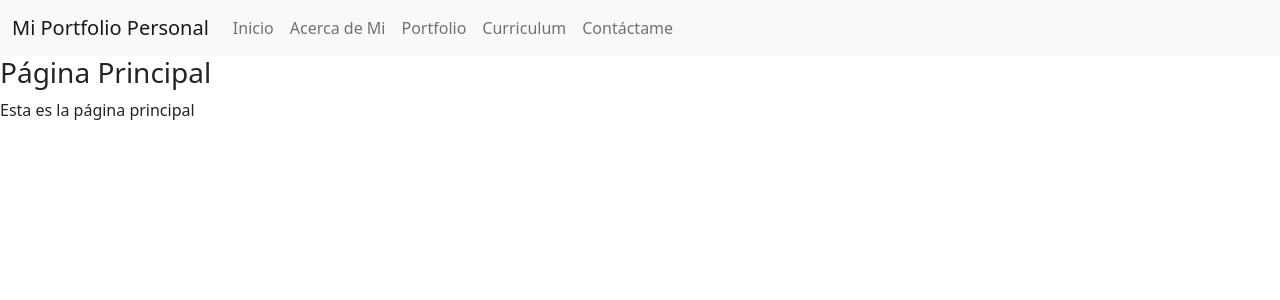
Repository: AlejandroJesusSerrano/portfolio
Page: http://localhost/
An editor plug-in stored every save of this project. The page is shown before and after the next save, followed by the edit.
The browser window is 1280 px wide. The pictures show the whole page.
Some web fonts or font styles are not loaded; a fallback is used. The page is served by the project's application, run on Django 4.2 (manage.py). Other server files are loaded and not shown.

Above is the page before, as saved 2023-09-05 15:04:36.

### portfolio/core/templates/core/home.html
{% extends 'core/base.html' %}

{% block title %} Inicio {% endblock title %}

{% block content %}
<h3>Página Principal</h3>

<p>Esta es la página principal</p>
{% endblock content %}

### portfolio/core/templates/core/base.html
{% load static %}

<!DOCTYPE html>
<html lang="en">

<head>
  <meta charset="UTF-8">
  <meta name="viewport" content="width=device-width, initial-scale=1.0">
  <link rel="stylesheet" href={% static 'lib/bootstrap-5.2/css/bootstrap.min.css' %}>
  <link rel="stylesheet" href={% static 'css/styles.css' %}>
  <title>Portafolio Personal - {% block title %} {% endblock title %}</title>
</head>

<body>
  <!-- HEADER -->
  <nav class="navbar navbar-expand-lg bg-light">
    <div class="container-fluid">
      <a class="navbar-brand" href="#">Mi Portfolio Personal</a>
      <button class="navbar-toggler" type="button" data-bs-toggle="collapse" data-bs-target="#navbarNav"
        aria-controls="navbarNav" aria-expanded="false" aria-label="Toggle navigation">
        <span class="navbar-toggler-icon"></span>
      </button>
      <div class="collapse navbar-collapse" id="navbarNav">
        <ul class="navbar-nav">
          <li class="nav-item">
            <a class="nav-link" aria-current="page" href={% url 'home' %}>Inicio</a>
          </li>
          <li class="nav-item">
            <a class="nav-link" href={% url 'about' %}>Acerca de Mi</a>
          </li>
          <li class="nav-item">
            <a class="nav-link" href={% url 'portfolio' %}>Portfolio</a>
          </li>
          <li class="nav-item">
            <a class="nav-link" href={% url 'curriculum' %}>Curriculum</a>
          </li>
          <li class="nav-item">
            <a class="nav-link" href={% url 'contact' %}>Contáctame</a>
          </li>
        </ul>
      </div>
    </div>
  </nav>

  <!-- CONTENT - Template Tags -->

  {% block content %} {%endblock content%}

  <script src={% static 'lib/bootstrap-5.2/js/bootstrap.min.js' %}></script>
</body>

</html>

### portfolio/core/views.py
from django.shortcuts import render

# Create your views here.
def home(request):
  return render(request, 'core/home.html')

def about(request):
  return render(request, 'core/about.html')

def portfolio(request):
  return render(request, 'core/portfolio.html')

def curriculum(request):
  return render(request, 'core/curriculum.html')

def contact(request):
  return render(request, 'core/contact.html')

### portfolio/portfolio/urls.py
"""
URL configuration for portfolio project.

The `urlpatterns` list routes URLs to views. For more information please see:
    https://docs.djangoproject.com/en/4.2/topics/http/urls/
Examples:
Function views
    1. Add an import:  from my_app import views
    2. Add a URL to urlpatterns:  path('', views.home, name='home')
Class-based views
    1. Add an import:  from other_app.views import Home
    2. Add a URL to urlpatterns:  path('', Home.as_view(), name='home')
Including another URLconf
    1. Import the include() function: from django.urls import include, path
    2. Add a URL to urlpatterns:  path('blog/', include('blog.urls'))
"""
from django.contrib import admin
from django.urls import path
from core import views

urlpatterns = [
    path('', views.home, name='home'),
    path('about-me/', views.about, name='about'),
    path('contact/', views.contact, name='contact'),
    path('portfolio/', views.portfolio, name='portfolio'),
    path('curriculum/', views.curriculum, name='curriculum'),
    path('admin/', admin.site.urls),
]

### portfolio/static/css/styles.css
@import url("https://fonts.googleapis.com/css2?family=Arima:wght@500;700&family=Average+Sans&family=Mulish:ital,wght@0,400;0,500;0,700;1,400;1,500;1,700&display=swap");

* {
  margin: 0;
  padding: 0;
  box-sizing: border-box;
}

Loaded but not shown: portfolio/static/lib/bootstrap-5.2/css/bootstrap.min.css (library); portfolio/static/lib/bootstrap-5.2/js/bootstrap.min.js (library)

After the next save:
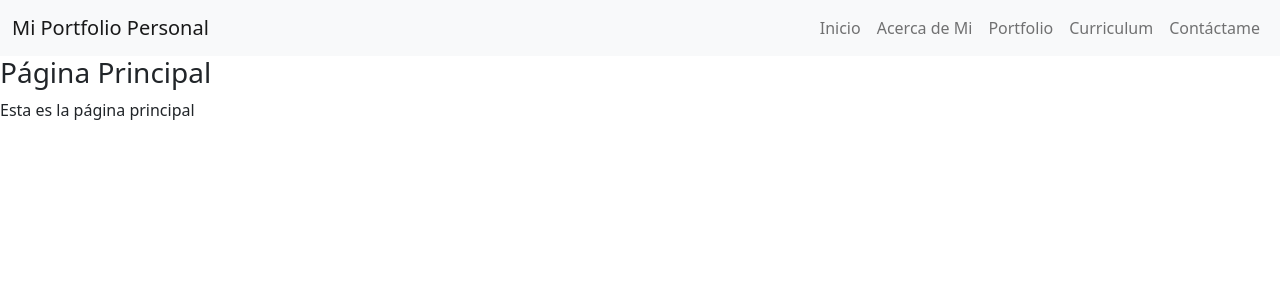
Saved 3 min 42 s later.
--- a/portfolio/core/templates/core/base.html
+++ b/portfolio/core/templates/core/base.html
@@ -15,13 +15,13 @@
   <!-- HEADER -->
   <nav class="navbar navbar-expand-lg bg-light">
     <div class="container-fluid">
-      <a class="navbar-brand" href="#">Mi Portfolio Personal</a>
+      <a class="navbar-brand" href={% url 'home' %}>Mi Portfolio Personal</a>
       <button class="navbar-toggler" type="button" data-bs-toggle="collapse" data-bs-target="#navbarNav"
         aria-controls="navbarNav" aria-expanded="false" aria-label="Toggle navigation">
         <span class="navbar-toggler-icon"></span>
       </button>
       <div class="collapse navbar-collapse" id="navbarNav">
-        <ul class="navbar-nav">
+        <ul class="navbar-nav ms-auto">
           <li class="nav-item">
             <a class="nav-link" aria-current="page" href={% url 'home' %}>Inicio</a>
           </li>
